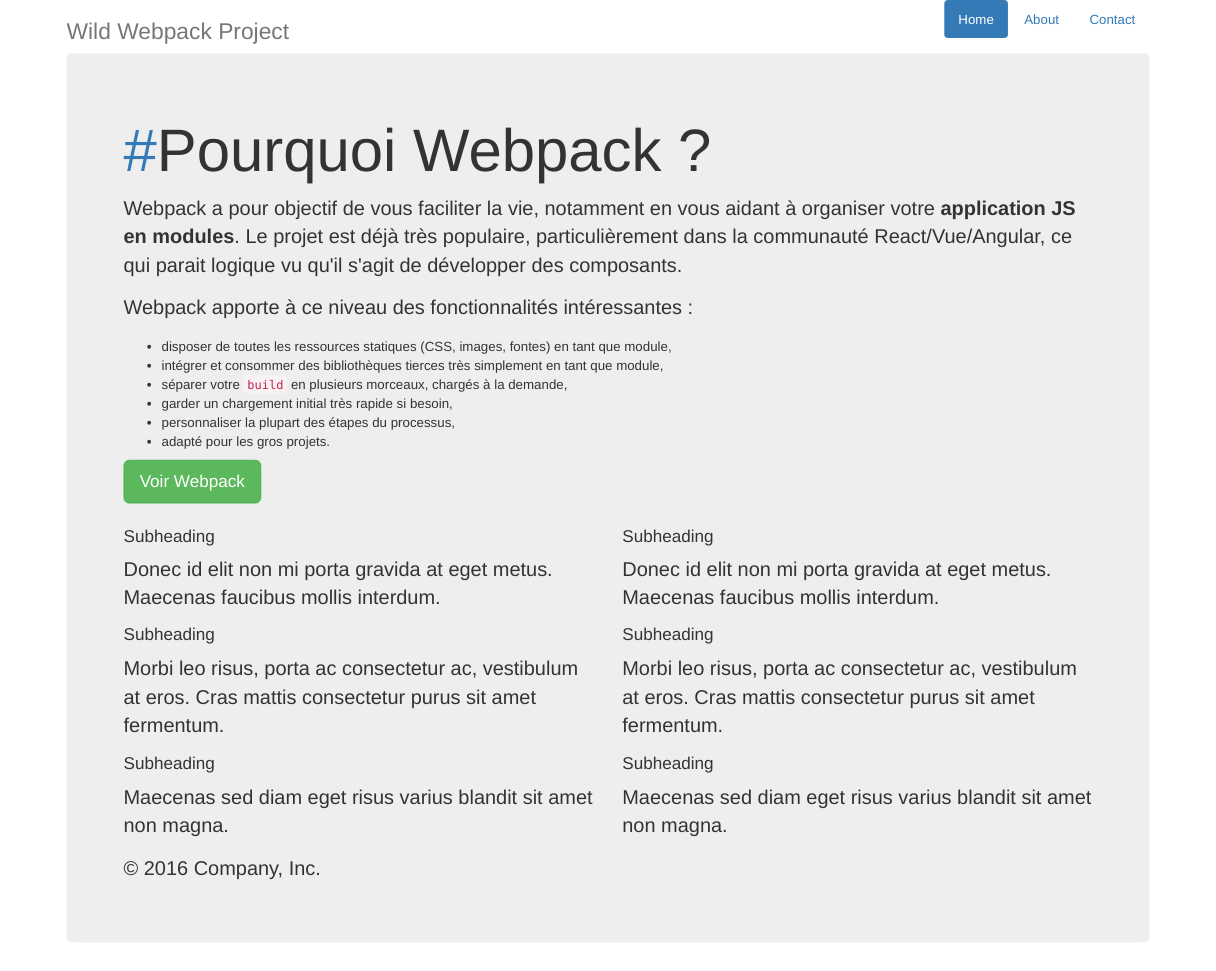
Repository: Symfomany/wildwebpack
Page: src/index.html
The author's editor kept a copy of each file at every save. The page is drawn from the files as they stood at one save, then again after the next save.
The browser window is 1280 px wide. The pictures show the whole page, at 95% of full size.

Above is the page before, as saved 2017-03-03 07:15:43.

### src/index.html
<!doctype html>
<html lang="fr">
<head>
  <meta charset="utf-8">
  <meta name="viewport" content="width=device-width, initial-scale=1">
  <title>Wild Webpack 2</title>
  <!--cdn Boostrap-->
  <link rel="stylesheet" type="" href="https://maxcdn.bootstrapcdn.com/bootstrap/3.3.7/css/bootstrap.min.css">
  <link href='http://fonts.googleapis.com/css?family=Roboto' rel='stylesheet' type='text/css'>

</head>
<body>
 <div class="container">
      <div class="header clearfix">
        <nav>
          <ul class="nav nav-pills pull-right">
            <li role="presentation" class="active"><a href="#">Home</a></li>
            <li role="presentation"><a href="#">About</a></li>
            <li role="presentation"><a href="#">Contact</a></li>
          </ul>
        </nav>
        <h3 class="text-muted">Wild Webpack Project</h3>
      </div>

      <div class="jumbotron">
        <div class="phenomic-BodyContainer" data-reactid="57"><h1 id="pourquoi-webpack-"><a href="#pourquoi-webpack-" class="phenomic-HeadingAnchor">#</a>Pourquoi Webpack ?</h1>
          <p>Webpack a pour objectif de vous faciliter la vie, notamment en vous aidant à
          organiser votre <b>application JS en modules</b></a>.
          Le projet est déjà très populaire, particulièrement dans la communauté React/Vue/Angular, ce qui
          parait logique vu qu'il s'agit de développer des composants.</p>
          <p>Webpack apporte à ce niveau des fonctionnalités intéressantes :</p>
          <ul>
          <li>disposer de toutes les ressources statiques (CSS, images, fontes) en tant que
          module,</li>
          <li>intégrer et consommer des bibliothèques tierces très simplement en tant
          que module,</li>
          <li>séparer votre <code>build</code> en plusieurs morceaux, chargés à la demande,</li>
          <li>garder un chargement initial très rapide si besoin,</li>
          <li>personnaliser la plupart des étapes du processus,</li>
          <li>adapté pour les gros projets.</li>
          </ul>
        <p><a class="btn btn-lg btn-success" href="#" role="button">Voir Webpack</a></p>
      </div>

      <div class="row marketing">
        <div class="col-lg-6">
          <h4>Subheading</h4>
          <p>Donec id elit non mi porta gravida at eget metus. Maecenas faucibus mollis interdum.</p>

          <h4>Subheading</h4>
          <p>Morbi leo risus, porta ac consectetur ac, vestibulum at eros. Cras mattis consectetur purus sit amet fermentum.</p>

          <h4>Subheading</h4>
          <p>Maecenas sed diam eget risus varius blandit sit amet non magna.</p>
        </div>

        <div class="col-lg-6">
          <h4>Subheading</h4>
          <p>Donec id elit non mi porta gravida at eget metus. Maecenas faucibus mollis interdum.</p>

          <h4>Subheading</h4>
          <p>Morbi leo risus, porta ac consectetur ac, vestibulum at eros. Cras mattis consectetur purus sit amet fermentum.</p>

          <h4>Subheading</h4>
          <p>Maecenas sed diam eget risus varius blandit sit amet non magna.</p>
        </div>
      </div>

      <footer class="footer">
        <p>© 2016 Company, Inc.</p>
      </footer>

    </div>
</body>
</html>

After the next save:
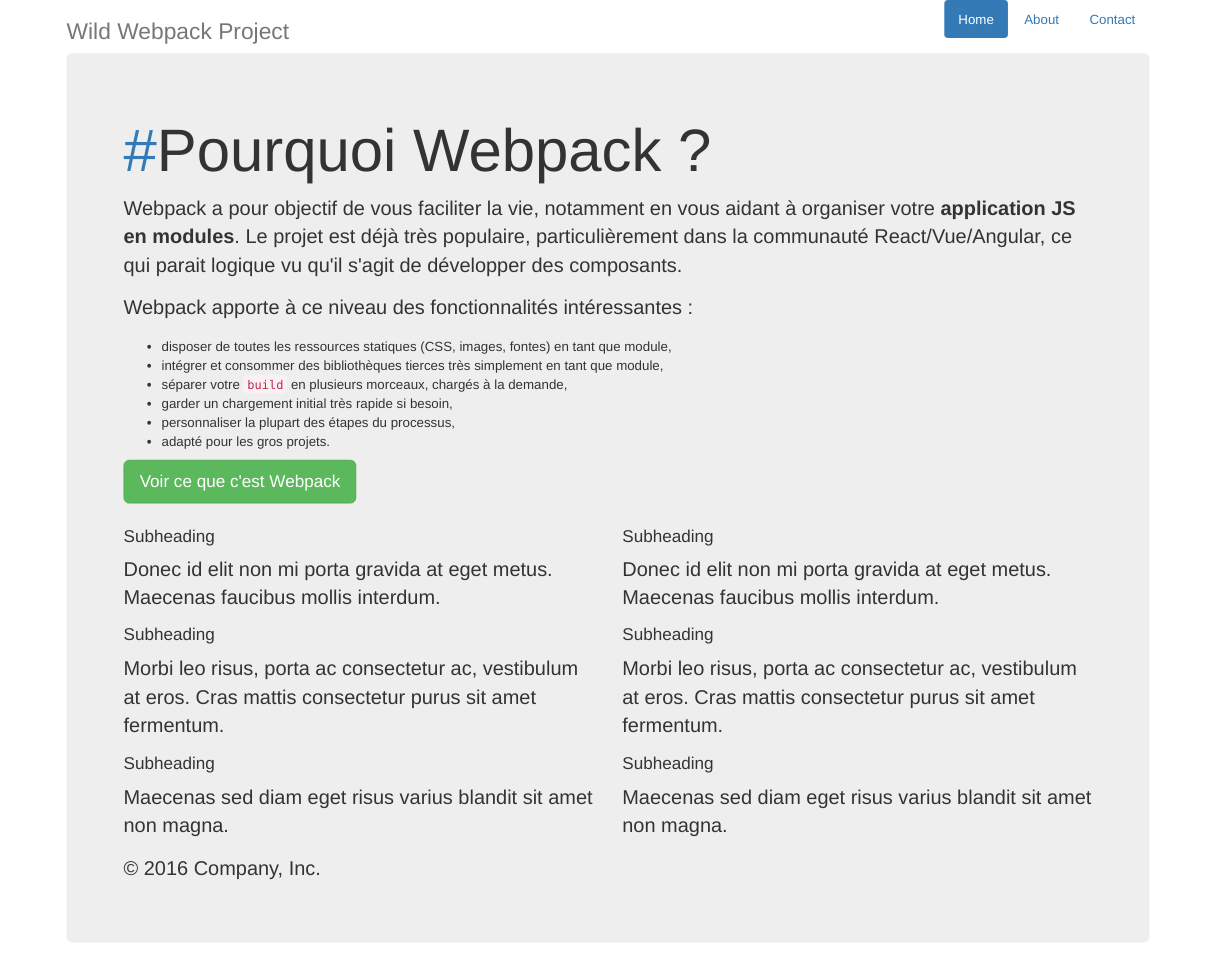
Saved 26 s later.
--- a/src/index.html
+++ b/src/index.html
@@ -39,7 +39,7 @@
           <li>personnaliser la plupart des étapes du processus,</li>
           <li>adapté pour les gros projets.</li>
           </ul>
-        <p><a class="btn btn-lg btn-success" href="#" role="button">Voir Webpack</a></p>
+        <p><a class="btn btn-lg btn-success" href="https://webpack.js.org/concepts/" role="button">Voir ce que c'est Webpack</a></p>
       </div>
 
       <div class="row marketing">
